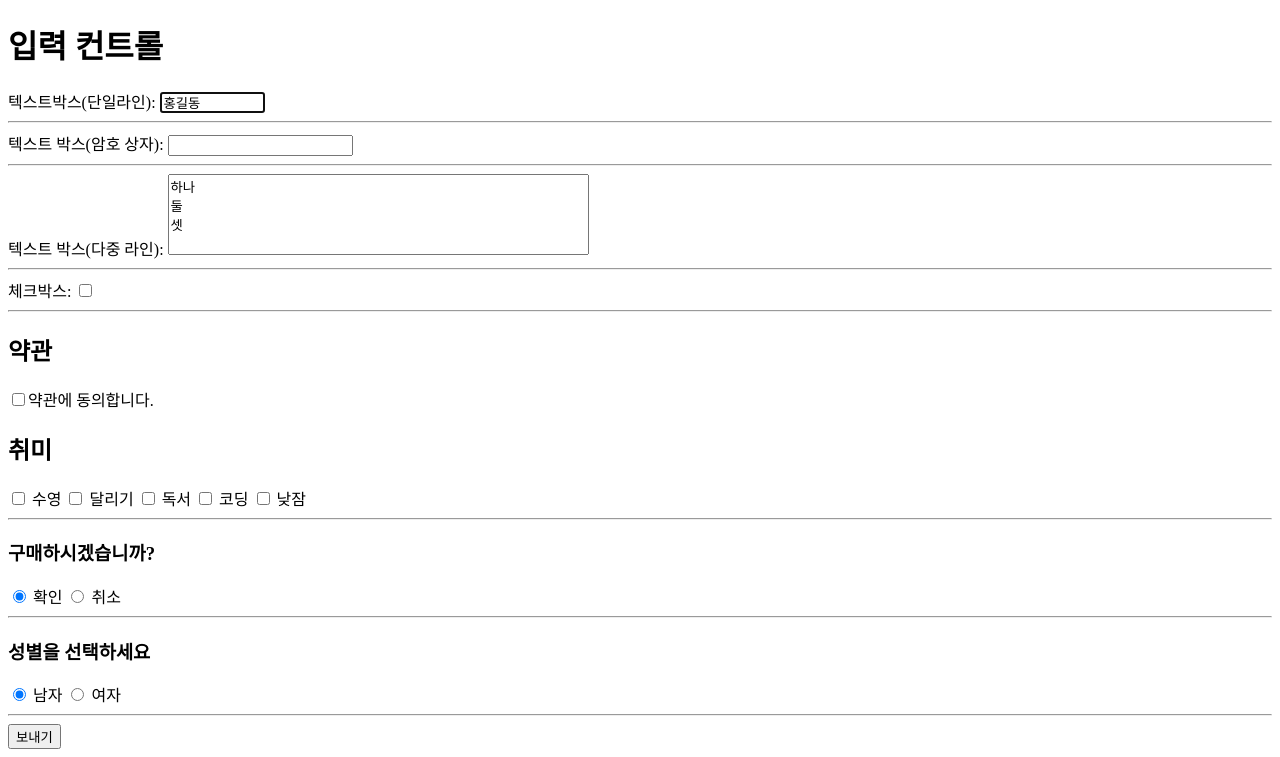
Repository: zzzzzzin/Client
Page: ClientTest/src/main/webapp/html/ex19_form.html
An editor plug-in stored every save of this project. The page is shown before and after the next save, followed by the edit.
The browser window is 1280 px wide. The pictures show the whole page.

Above is the page before, as saved 2024-03-14 01:42:42.

### ClientTest/src/main/webapp/html/ex19_form.html
<!DOCTYPE html>
<html>
<head>
<meta charset="EUC-KR">
<title>ex19_form</title>
</head>
<body>
	<!--
		<form> 자식 태그
		- 입력 양식

		<input> 태그
		- 단독 태그
		- 인라인 태그
		- input.type: 입력 컨트롤의 종류
		- input.name: 서버로 전송할 때, 사용하는 식별자
		- input.id: 식별자. CSS, JavaScript에서 주로 사용
		- input.class: 식별자. CSS, JavaScript에서 주로 사용
		- input.size: 컨트롤의 너비(입력받는 문자 수)
		- input.maxlength: 최대 입력 문자 수 + 유효성 검사
		- input.value: 컨트롤의 입력값
		- input.readonly: 읽기 전용. 플래그형 (수정 불가능) > 입력 불가능 + 서버 전송 가능
		- input.disabled: 비활성화. 플래그형 (수정 불가능) > 입력 불가능 + 서버 전송 불가능
		- input.accesskey: 바로가기(니모닉, Nemonic), Alt + 키
		- input.autofocus: 자동 포커스
		- input.title: 풍선 도움말

	-->

	<h1>입력 컨트롤</h1>
	<form>
		텍스트박스(단일라인): <input type="text" name="data" id="txt1" class="txt" size="10"
								maxlength="5" value="홍길동" accesskey="s" autofocus
								title="이름을 입력하세요.">

		<hr>

		<!--
			암호 상자, Password Box, Masked TextBox
			- 모든 속성이 텍스트 박스와 동일
			- value 속성 사용 금지!! > 사용은 가능하지만, 보안을 위해 금지

		-->
		텍스트 박스(암호 상자): <input type="password">

		<hr>

		<!--
			다중 라인 텍스트 박스
			- <textarea></textarea>
			- 쌍태그
			- 인라인 태그
			- 대부분의 속성은 텍스트와 동일
			- maxlength 속성이 없다.
			- value 속성이 없다.
		-->

		텍스트 박스(다중 라인):
		<textarea style="resize:none;" cols="50" rows="5">하나
둘
셋</textarea>

		<hr>

		<!--
			체크 박스
			- 논리값 입력
			- 단일 선택 or 다중 선택
		-->
		체크박스: <input type="checkbox">

		<hr>

		<h2>약관</h2>
		<!-- <input type="checkbox" id="cb1"> <label for="cb1">약관에 동의합니다.</label> -->
		<label><input type="checkbox">약관에 동의합니다.</label>


		<h2>취미</h2>
		<input type="checkbox"> 수영
		<input type="checkbox"> 달리기
		<input type="checkbox"> 독서
		<input type="checkbox"> 코딩
		<input type="checkbox"> 낮잠

		<hr>

		<!--
			라디오 버튼
			- 단일값
		-->
		<h3>구매하시겠습니까?</h3>
		<input type="radio" name="rb1" checked> 확인
		<input type="radio" name="rb1"> 취소

		<hr>

		<h3>성별을 선택하세요</h3>
		<input type="radio" name="rb2" checked> 남자
		<input type="radio" name="rb2"> 여자
















		<hr>
		<input type="submit" value="보내기">
	</form>
</body>
</html>

After the next save:
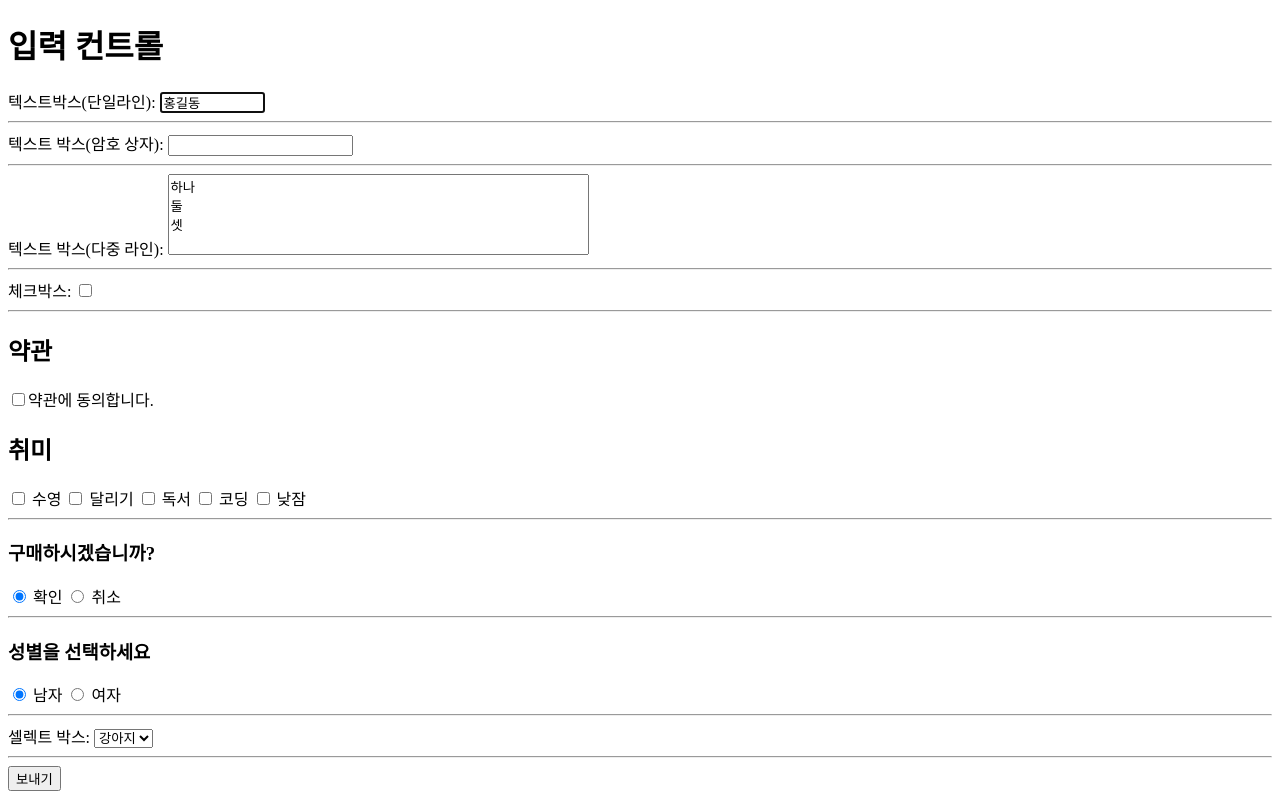
Saved 108 s later.
--- a/ClientTest/src/main/webapp/html/ex19_form.html
+++ b/ClientTest/src/main/webapp/html/ex19_form.html
@@ -99,6 +99,19 @@
 		<input type="radio" name="rb2" checked> 남자
 		<input type="radio" name="rb2"> 여자
 
+		<hr>
+
+		<!--
+			셀렉스 박스
+			- 콤보 박스, 드랍 다운 리스트 등..
+			- 단일 선택, 다중 선택
+		-->
+		셀렉트 박스:
+		<select>
+			<option>강아지</option>
+			<option>고양이</option>
+			<option>병아리</option>
+		</select>
 
 
 
